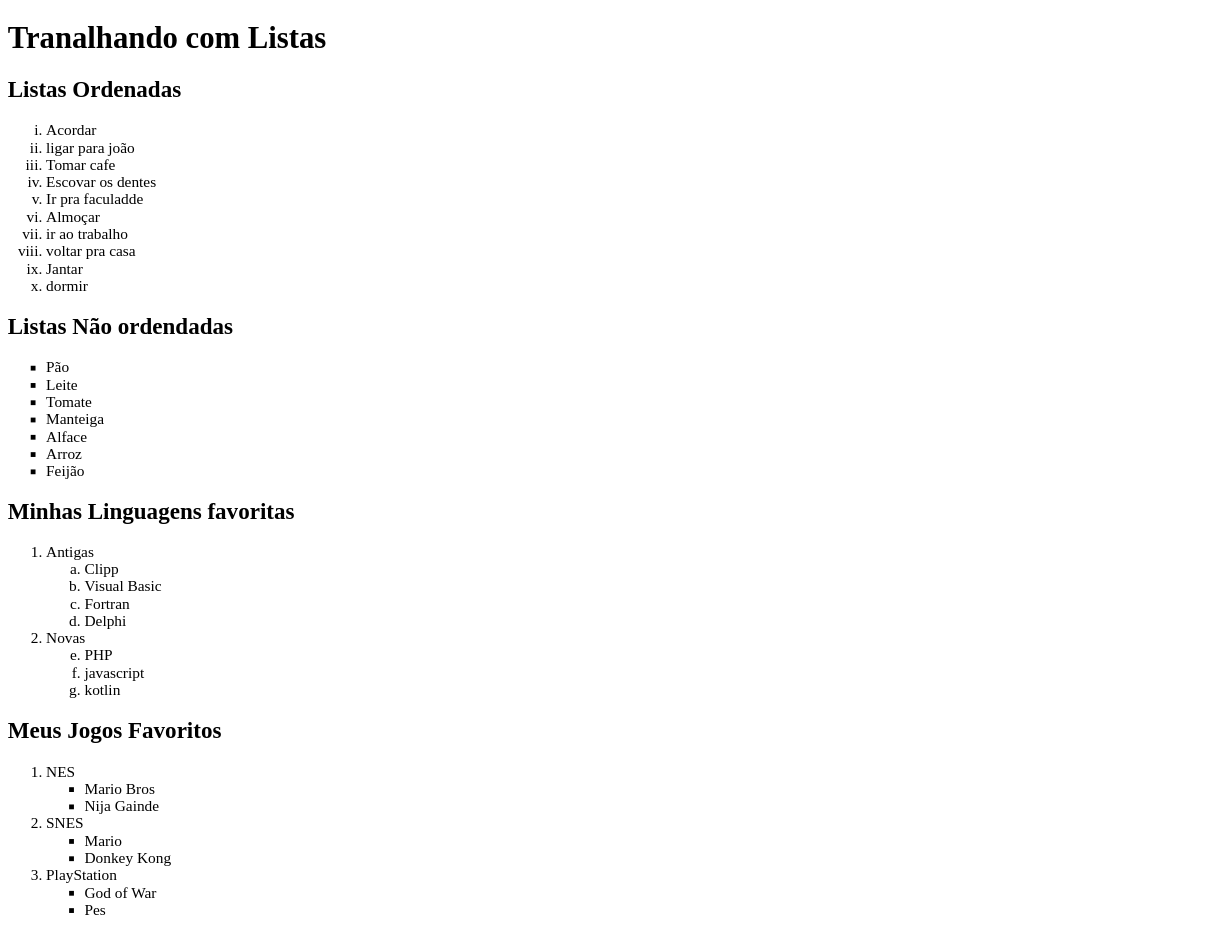
Repository: pheonix5/Estudo
Page: html-css/exercicios/ex009/index.html
These files come from the project's save history. The page is drawn as it stood at one moment and after the next save; the edit follows.
The browser window is 1280 px wide. The pictures show the whole page, at 96% of full size.

Above is the page before, as saved 2023-08-01 22:40:33.

After the next save:
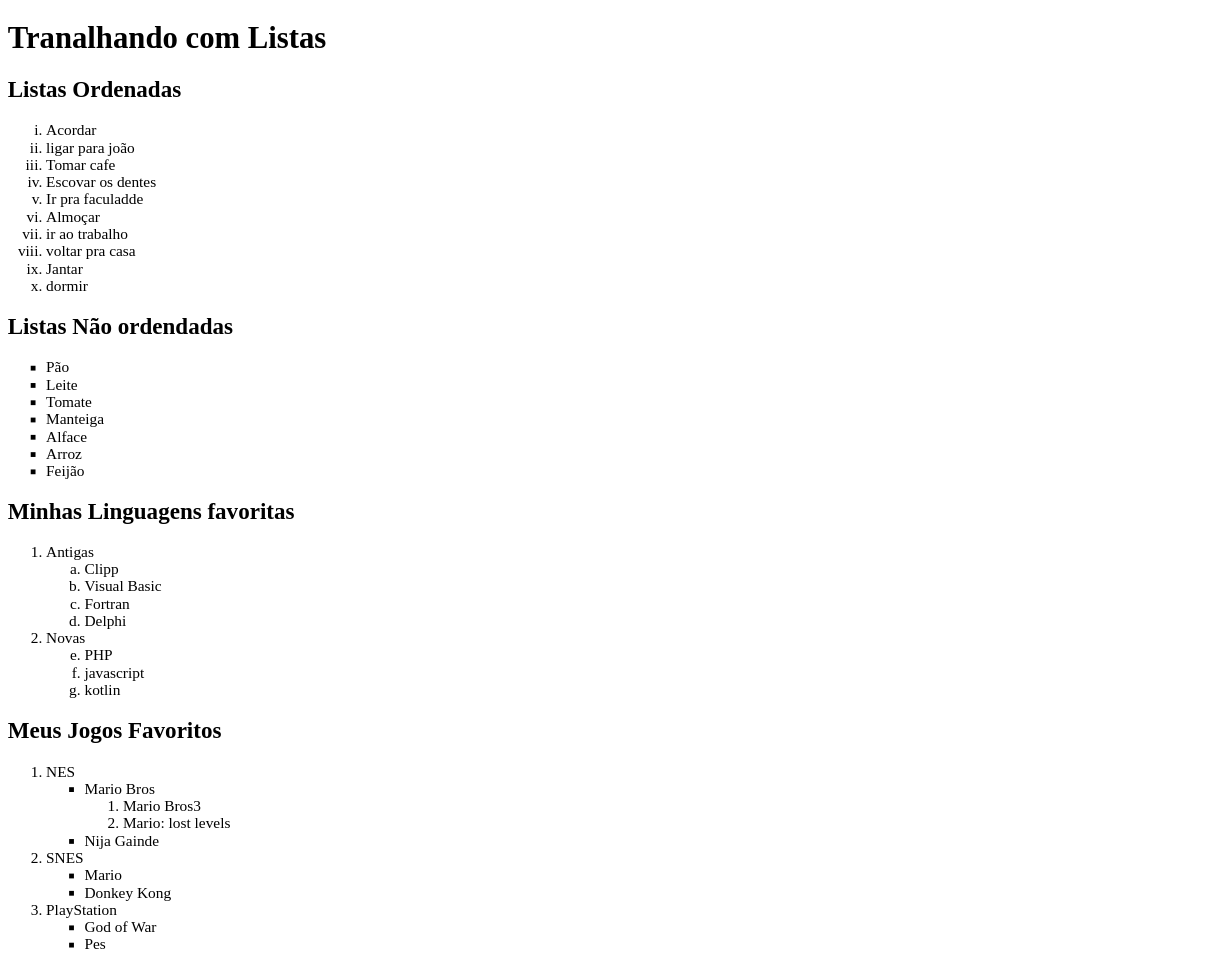
Saved 60 s later.
--- a/html-css/exercicios/ex009/index.html
+++ b/html-css/exercicios/ex009/index.html
@@ -57,6 +57,10 @@
     <li>NES</li>
     <ul type="square">
       <li>Mario Bros</li>
+      <ol>
+        <li>Mario Bros3</li>
+        <li>Mario: lost levels</li>
+      </ol>
       <li>Nija Gainde</li>
     </ul>
     <li>SNES</li>
